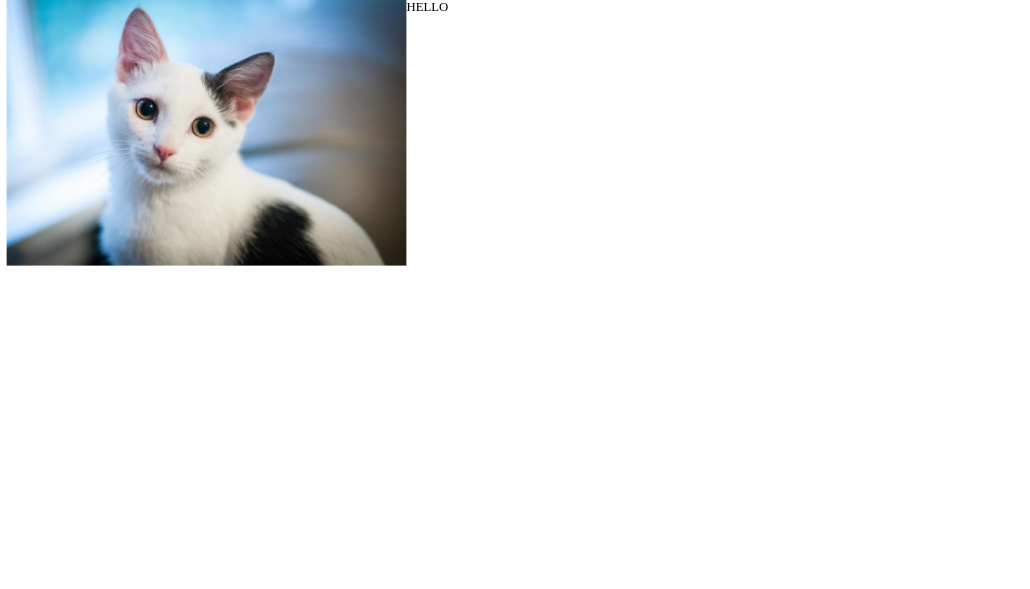
Repository: AustinW24/pg-catfacts
Page: cat-facts.html
An editor plug-in stored every save of this project. The page is shown before and after the next save, followed by the edit.
The browser window is 1280 px wide. The page is 1288 px wide, so the pictures cover 1288 px, including what lies to the right of the window. The pictures show the whole page, at 80% of full size.
The page's requests for data from a server got no answer.

Above is the page before, as saved 2021-12-29 15:28:06.

After the next save:
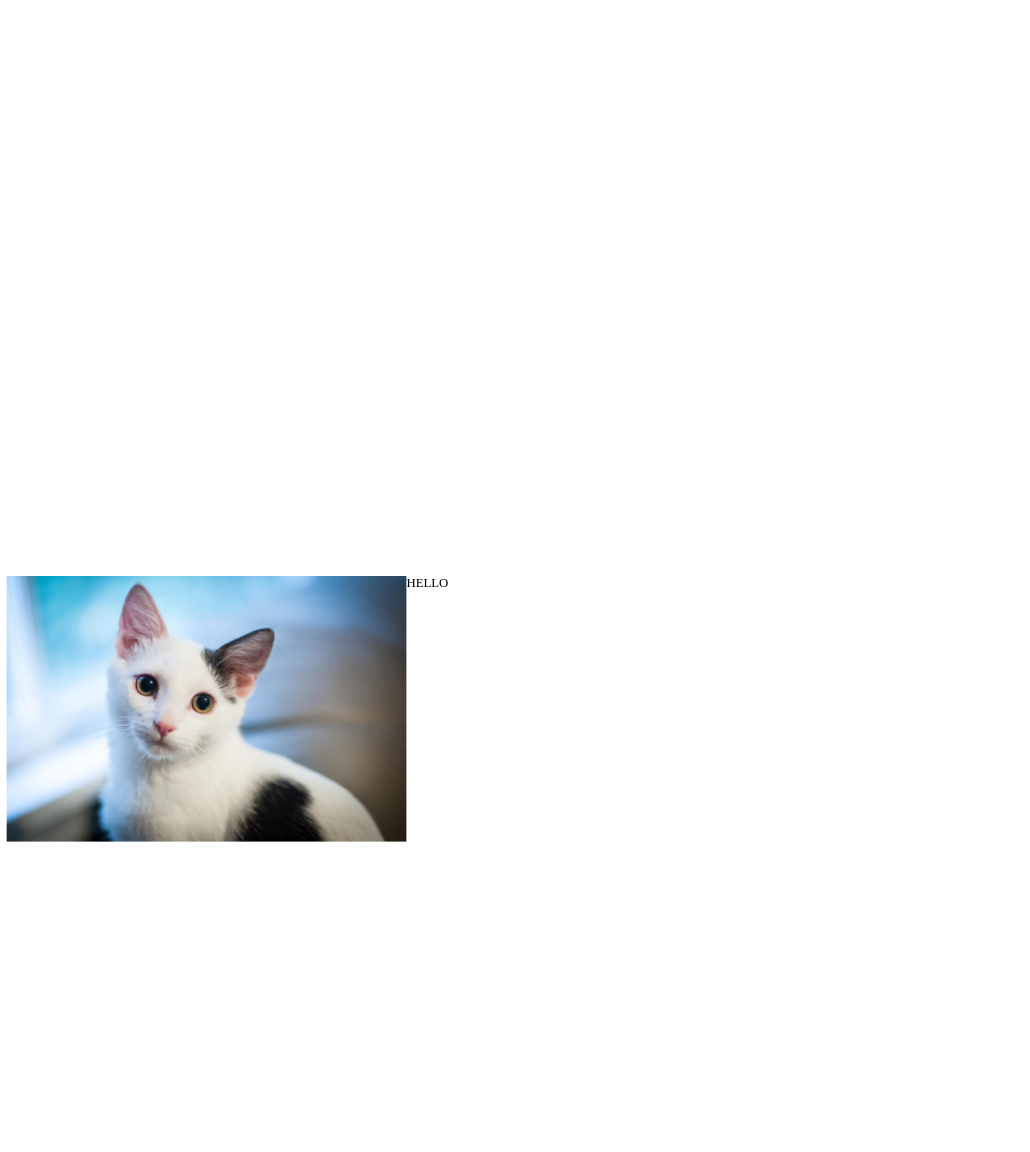
Saved 9 s later.
--- a/cat-facts.css
+++ b/cat-facts.css
@@ -19,3 +19,6 @@ body {
     overflow: hidden;
     transition: all 1s;
 }
+.popup-container {
+    top: 100%;
+}
